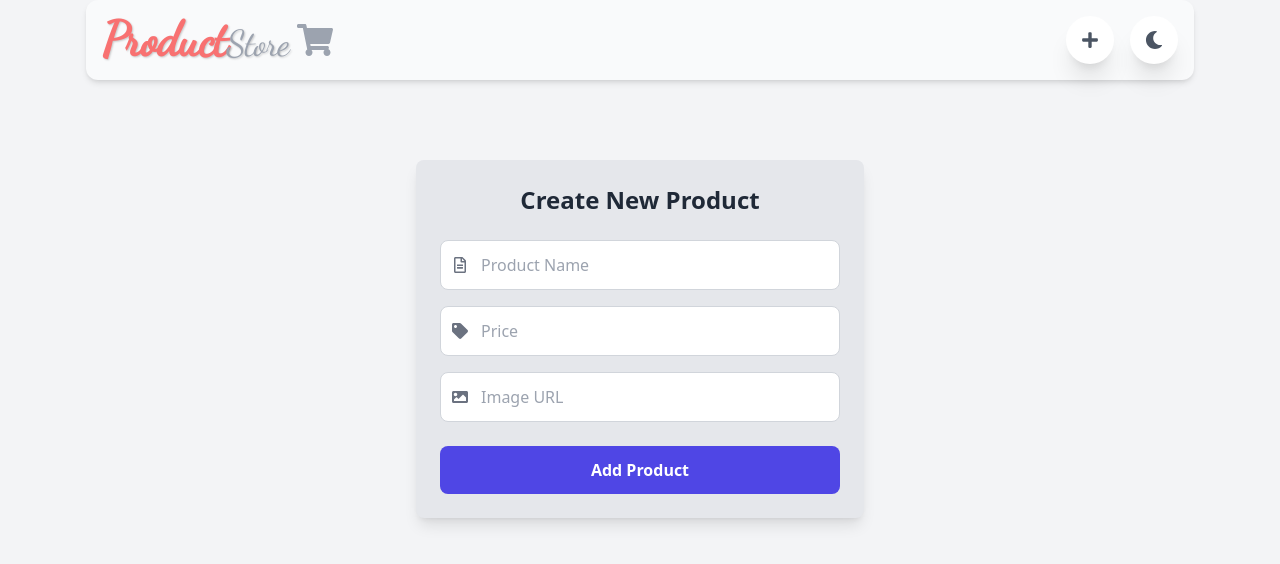
Repository: xarrkhan001/Mern-stack-Project
Page: /create (app in frontend/)
An editor plug-in stored every save of this project. The page is shown before and after the next save, followed by the edit.
The browser window is 1280 px wide. The pictures show the whole page.
The project was rebuilt for these pictures with package versions that can differ from the ones it lists, and the page was loaded fresh each time. Also part of the build but not shown: frontend/vite.config.js, frontend/src/pages/HomePage.jsx.

Above is the page before, as saved 2025-03-06 12:20:59.

### frontend/src/main.jsx
import React from "react";
import { BrowserRouter } from "react-router-dom";
import ReactDOM from "react-dom";
import "./index.css";
import App from "./App";

ReactDOM.render(
  <React.StrictMode>
    <BrowserRouter>
      <App />
    </BrowserRouter>
  </React.StrictMode>,
  document.getElementById("root")
);

### frontend/src/index.css
@import url('https://fonts.googleapis.com/css2?family=Dancing+Script&display=swap');


@tailwind base;
@tailwind components;
@tailwind utilities;

### frontend/src/App.jsx
import React from "react";
import { Routes, Route } from "react-router-dom";
import HomePage from "./pages/HomePage";
import CreatePage from "./pages/CreatePage";
import Navbar from "./components/Navbar";

const App = () => {
  return (
    <>
      <div className="min-h-[100vh] bg-gray-100 dark:bg-gray-900 dark:text-white">
        {" "}
        {/* Lighter background color */}
        <Navbar />
        <Routes>
          <Route path="/" element={<HomePage />} />
          <Route path="/create" element={<CreatePage />} />
        </Routes>
      </div>
    </>
  );
};

export default App;

### frontend/src/pages/CreatePage.jsx
import React, { useState } from "react";
import { FaRegFileAlt, FaTag, FaImage } from "react-icons/fa";

const CreatePage = () => {
  const [newProduct, setNewProduct] = useState({
    name: "",
    price: "",
    image: "",
  });

  const handleChange = (e) => {
    const { name, value } = e.target;
    setNewProduct((prevProduct) => ({
      ...prevProduct,
      [name]: value,
    }));
  };

  const handleSubmit = (e) => {
    e.preventDefault();
    console.log("Product added:", newProduct);
  };

  return (
    <div className="flex justify-center items-center pt-20 px-4 sm:px-6 md:px-8">
      <div className="max-w-md w-full bg-gray-200 dark:bg-gray-600 p-6 shadow-lg rounded-lg">
        <h1 className="text-2xl font-semibold text-gray-800 dark:text-gray-200 text-center mb-6">
          Create New Product
        </h1>

        <form onSubmit={handleSubmit}>
          {/* Product Name Field */}
          <div className="mb-4 relative">
            <input
              type="text"
              name="name"
              value={newProduct.name}
              onChange={handleChange}
              placeholder="Product Name"
              className="w-full p-3 pl-10 border border-gray-300 dark:border-gray-500 rounded-lg focus:outline-none focus:ring-2 focus:ring-indigo-500 dark:bg-gray-700 dark:text-gray-200"
            />
            <FaRegFileAlt className="absolute left-3 top-1/2 transform -translate-y-1/2 text-gray-500 dark:text-gray-300" />
          </div>

          {/* Product Price Field */}
          <div className="mb-4 relative">
            <input
              type="number"
              name="price"
              value={newProduct.price}
              onChange={handleChange}
              placeholder="Price"
              className="w-full p-3 pl-10 border border-gray-300 dark:border-gray-500 rounded-lg focus:outline-none focus:ring-2 focus:ring-indigo-500 dark:bg-gray-700 dark:text-gray-200"
            />
            <FaTag className="absolute left-3 top-1/2 transform -translate-y-1/2 text-gray-500 dark:text-gray-300" />
          </div>

          {/* Image URL Field */}
          <div className="mb-6 relative">
            <input
              type="text"
              name="image"
              value={newProduct.image}
              onChange={handleChange}
              placeholder="Image URL"
              className="w-full p-3 pl-10 border border-gray-300 dark:border-gray-500 rounded-lg focus:outline-none focus:ring-2 focus:ring-indigo-500 dark:bg-gray-700 dark:text-gray-200"
            />
            <FaImage className="absolute left-3 top-1/2 transform -translate-y-1/2 text-gray-500 dark:text-gray-300" />
          </div>

          {/* Submit Button */}
          <div className="text-center">
            <button
              type="submit"
              className="w-full p-3 bg-indigo-600 text-white font-semibold rounded-lg hover:bg-indigo-700 transition duration-200"
            >
              Add Product
            </button>
          </div>
        </form>
      </div>
    </div>
  );
};

export default CreatePage;

### frontend/src/components/Navbar.jsx
import React, { useState, useEffect } from "react";
import { Link } from "react-router-dom";
import { FaPlus, FaShoppingCart } from "react-icons/fa";
import { FaSun, FaMoon } from "react-icons/fa";

const Navbar = () => {
  const [isDarkMode, setIsDarkMode] = useState(false);

  useEffect(() => {
    const savedTheme = localStorage.getItem("theme");
    if (savedTheme) {
      setIsDarkMode(savedTheme === "dark");
    }
  }, []);

  const toggleDarkMode = () => {
    setIsDarkMode((prevMode) => {
      const newMode = !prevMode;
      localStorage.setItem("theme", newMode ? "dark" : "light");
      return newMode;
    });
  };

  useEffect(() => {
    if (isDarkMode) {
      document.documentElement.classList.add("dark");
    } else {
      document.documentElement.classList.remove("dark");
    }
  }, [isDarkMode]);

  return (
    <>
      <div className="max-w-[1140px] px-4 mx-auto">
        {/* Navbar container */}
        <div
          className={`flex items-center justify-between h-20 p-4 rounded-xl shadow-md text-black dark:text-white ${
            isDarkMode ? "bg-transparent dark:bg-gray-800" : "bg-gray-50"
          }`}
        >
          {/* Left side - ProductStore logo */}
          <Link to="/" className="flex items-center">
            {/* Logo-style text */}
            <span
              className="font-logo text-5xl tracking-tight text-red-500 dark:text-gray-100"
              style={{
                fontFamily: "'Dancing Script', cursive", // Handwriting-style font
                letterSpacing: "-1px", // Tighter spacing for a joined look
                lineHeight: "1.1", // Tighter line height
                textShadow: "1px 1px 2px rgba(0, 0, 0, 0.2)", // Adding text shadow for depth
                WebkitFontSmoothing: "antialiased", // Smooth font rendering
                MozOsxFontSmoothing: "grayscale", // For MacOS font smoothing
              }}
            >
              <span
                className="text-5xl font-semibold text-red-400 dark:text-red-400"
                style={{
                  letterSpacing: "-1px", // Tighter spacing for "Product"
                }}
              >
                Product
              </span>
              <span
                className="text-4xl text-gray-400 dark:text-gray-400"
                style={{
                  letterSpacing: "-1px", // Tighter spacing for "Store"
                }}
              >
                Store
              </span>
            </span>
            {/* Icon next to the logo on the right side */}
            <FaShoppingCart className="text-4xl text-gray-400 dark:text-gray-300 ml-2" />
          </Link>

          {/* Right side - Plus Icon and Theme Toggle Icon */}
          <div className="relative flex items-center space-x-4">
            {/* Plus Icon */}
            <Link to="/create">
              <button className="w-12 h-12 bg-white dark:bg-gray-500 text-gray-600 dark:text-white rounded-full flex items-center justify-center transform hover:scale-125 transition-all duration-300 shadow-xl hover:shadow-2xl focus:outline-none">
                <FaPlus size={18} />
              </button>
            </Link>

            {/* Dark/Light Mode Toggle Icon */}
            <button
              onClick={toggleDarkMode}
              className="w-12 h-12 bg-white dark:bg-gray-500 text-[#FF4081] dark:text-white rounded-full flex items-center justify-center transform hover:scale-125 transition-all duration-300 shadow-xl hover:shadow-2xl focus:outline-none"
            >
              {isDarkMode ? (
                <FaSun size={18} className="text-yellow-500" />
              ) : (
                <FaMoon size={18} className="text-gray-600" />
              )}
            </button>
          </div>
        </div>
      </div>
    </>
  );
};

export default Navbar;

### frontend/tailwind.config.js
/** @type {import('tailwindcss').Config} */
export default {
  content: ["./index.html", "./src/**/*.{js,ts,jsx,tsx}"],
  theme: {
    extend: {},
  },
  darkMode: "class", // Enable dark mode via the 'dark' class
  plugins: [],
};

Loaded but not shown: frontend/index.html (common file)

After the next save:
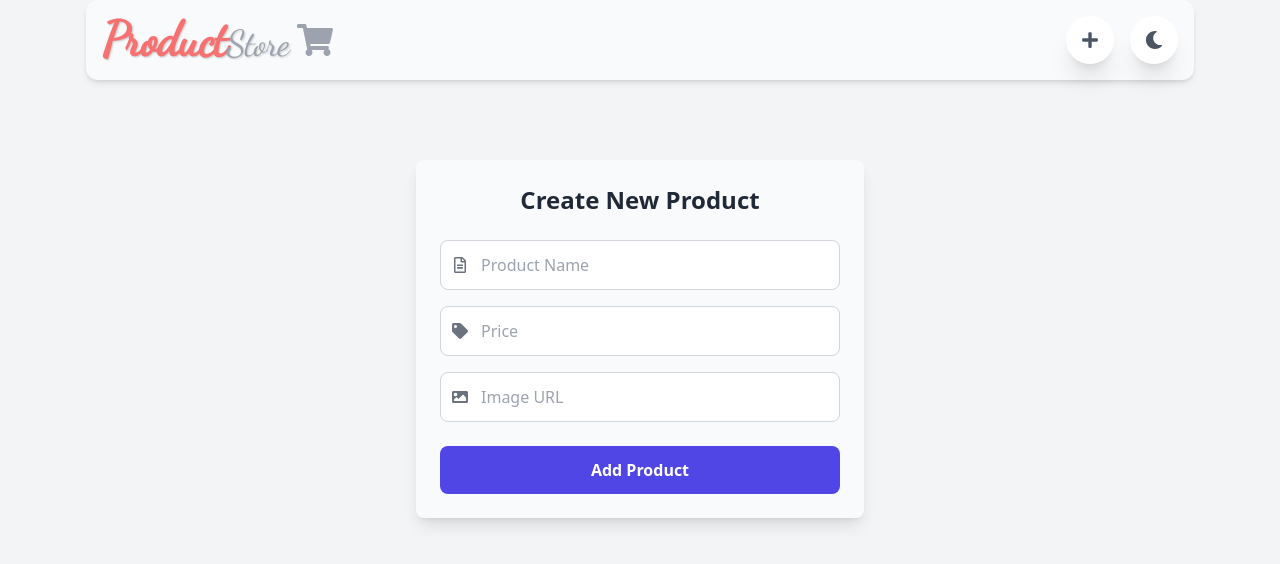
Saved 14 s later.
--- a/frontend/src/pages/CreatePage.jsx
+++ b/frontend/src/pages/CreatePage.jsx
@@ -23,7 +23,7 @@
 
   return (
     <div className="flex justify-center items-center pt-20 px-4 sm:px-6 md:px-8">
-      <div className="max-w-md w-full bg-gray-200 dark:bg-gray-600 p-6 shadow-lg rounded-lg">
+      <div className="max-w-md w-full bg-gray-50 dark:bg-gray-600 p-6 shadow-lg rounded-lg">
         <h1 className="text-2xl font-semibold text-gray-800 dark:text-gray-200 text-center mb-6">
           Create New Product
         </h1>
